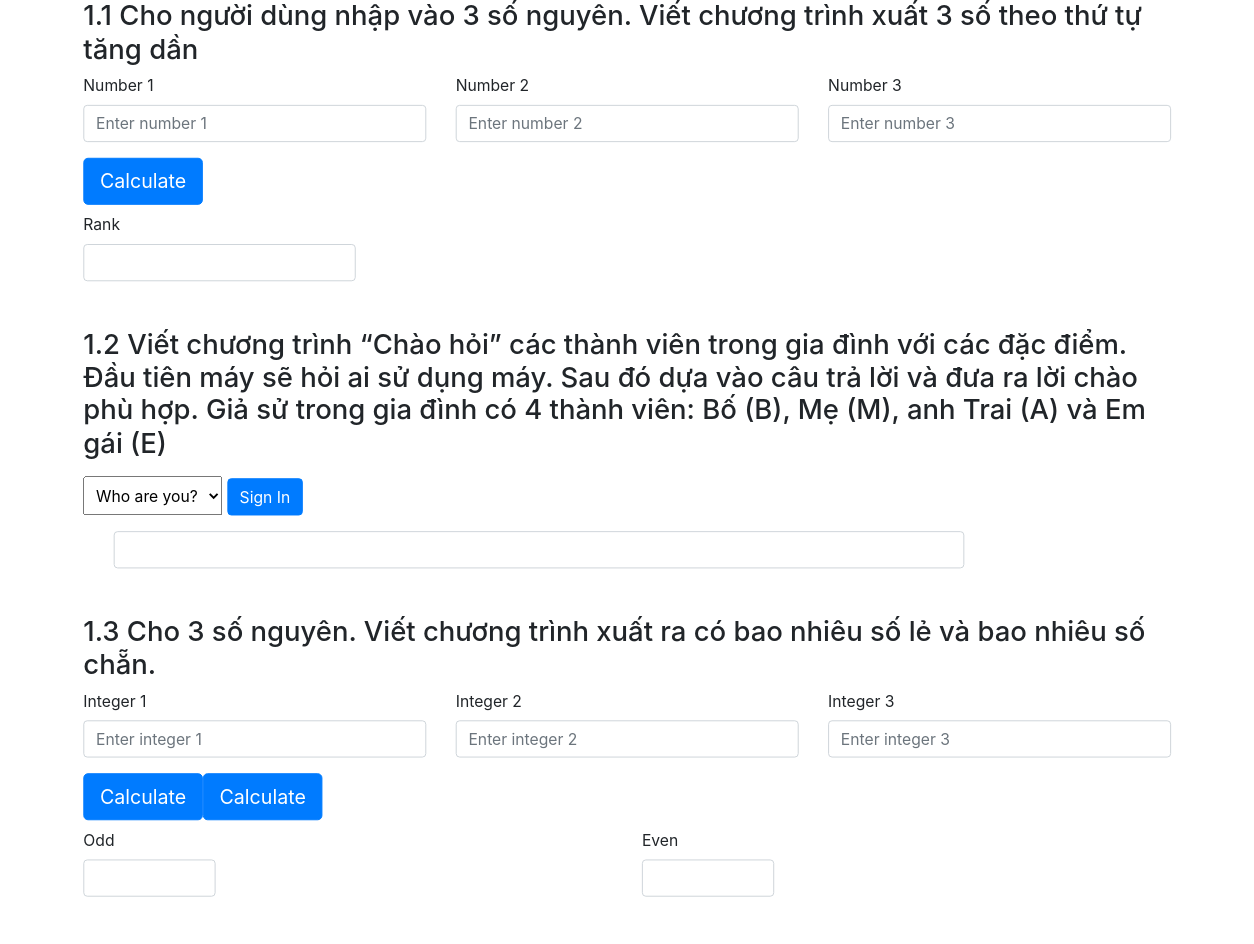
Repository: baobaodeveloper/bootscamp21__jsbasic__HuynhAnhBao
Page: index.html
These files come from the project's save history. The page is drawn as it stood at one moment and after the next save; the edit follows.
The browser window is 1280 px wide. The pictures show the whole page, at 98% of full size.

Above is the page before, as saved 2022-03-10 19:06:18.

After the next save:
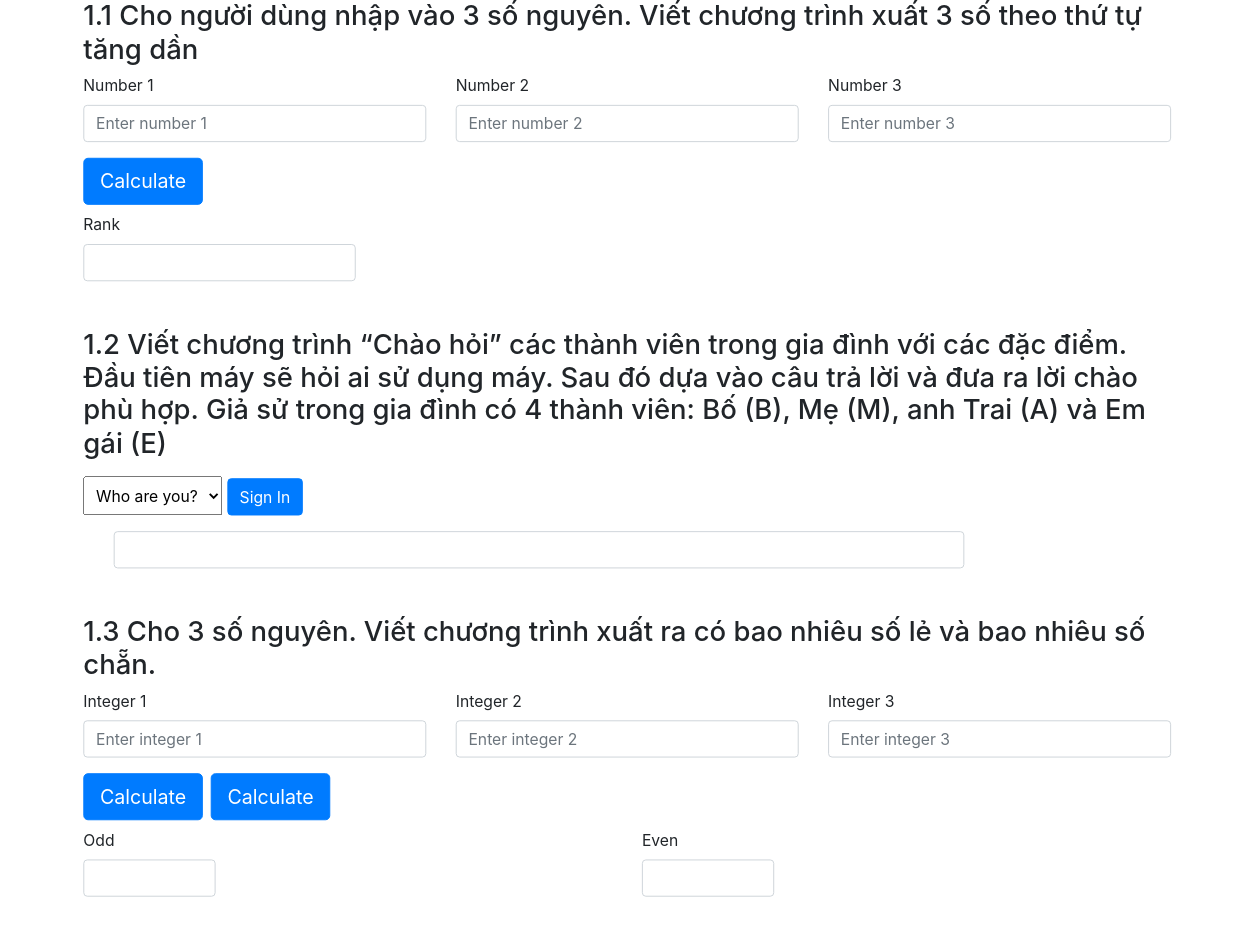
Saved 14 s later.
--- a/index.html
+++ b/index.html
@@ -130,8 +130,8 @@
 
       <div class="d-flex">
         <button
-          type="button "
-          class="btn btn-primary btn-lg mt-3 mb-2 btn-integer"
+          type="button"
+          class="btn btn-primary btn-lg mt-3 mb-2 btn-integer mr-2"
         >
           Calculate
         </button>
